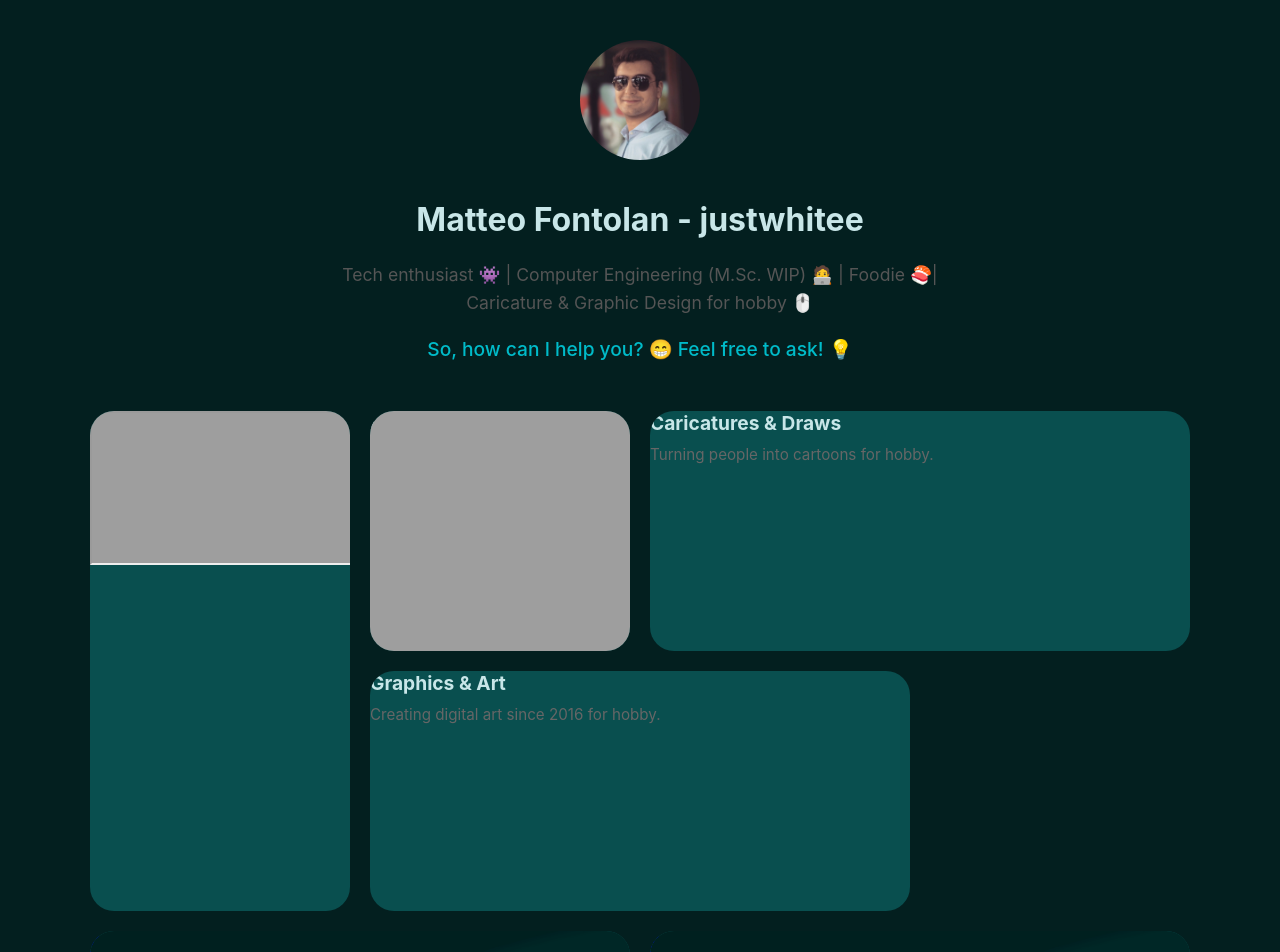
Repository: itsjustwhitee/itsjustwhitee.github.io
Page: bento/index.html
An editor plug-in stored every save of this project. The page is shown before and after the next save, followed by the edit.
The browser window is 1280 px wide. The pictures show the part of the page from y = 0 to 952 px (the page is 2251 px tall).
Pictures or frames that could not be fetched are drawn as grey boxes.

Above is the page before, as saved 2026-01-17 21:06:23.
Not found: bento/assets/justwhitee.caricature.jpg
Not found: bento/assets/justwhitee.studio.jpg

After the next save:
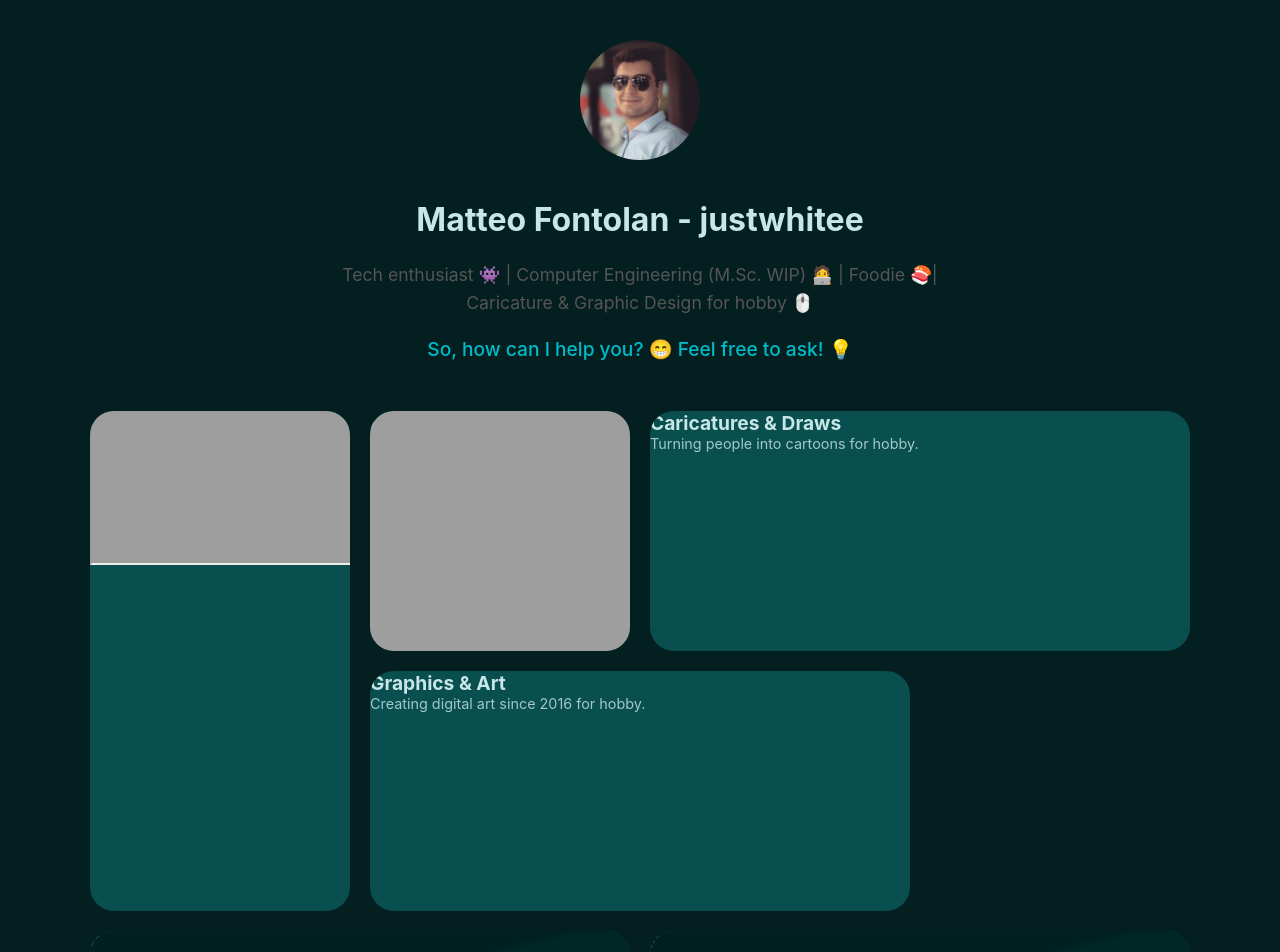
Saved 17 min 41 s later.
--- a/bento/style.css
+++ b/bento/style.css
@@ -67,11 +67,24 @@
     background-size: cover;
     background-position: center;
     z-index: 1;
+    transition: transform 0.5s ease;
+}
+.card-image-bg[style*="background-color"] {
+    opacity: 1;
 }
 
 /* Internal Cards styles */
-.card h3 { margin: 0 0 10px 0; font-size: 1.2rem; }
-.card p { margin: 0; color: #666; font-size: 0.95rem; }
+.card h3 {
+    font-size: 1.3rem;
+    margin: 0;
+    font-weight: 700;
+    /* text-shadow: 0 2px 4px rgba(0,0,0,0.5); /* Leggibilità sopra le foto */
+}
+.card p {
+    font-size: 0.9rem;
+    opacity: 0.9;
+    margin-top: 5px;
+}
 
 /* Responsive: scale tablet and mobile */
 @media (max-width: 900px) {
@@ -89,6 +102,9 @@
         min-height: 250px;
     }
 }
+.card.wide[style*="background-color"] .overlay {
+    justify-content: center;
+}
 
 .bio {
     font-size: 1.1rem;
@@ -104,3 +120,49 @@
     margin-top: 20px;
     color: var(--accent);
 }
+
+/* linkable cards (graphical elements) */
+.card-link {
+    text-decoration: none;
+    color: inherit;
+    cursor: pointer;
+    display: block;
+}
+
+/* Hover effect more emphatized*/
+.card-link:hover .card-image-bg {
+    transform: scale(1.1);
+}
+
+/* Avoid that the iframe "eats" the click if the card is a link */
+.iframe-container {
+    width: 100%;
+    height: 100%;
+    pointer-events: none; /* Makes the iframe non-interactive so the click passes to the card */
+}
+
+/* Allign title and icon in a row */
+.title-row {
+    display: flex;
+    align-items: center;
+    gap: 12px;
+    margin-bottom: 5px;
+}
+
+.card-icon {
+    font-size: 1.5rem; /* icon size */
+    display: flex;
+    align-items: center;
+    justify-content: center;
+}
+
+.overlay h3 {
+    margin: 0;
+    font-size: 1.2rem;
+}
+
+.overlay p {
+    margin: 0;
+    font-size: 0.9rem;
+    opacity: 0.8;
+}
